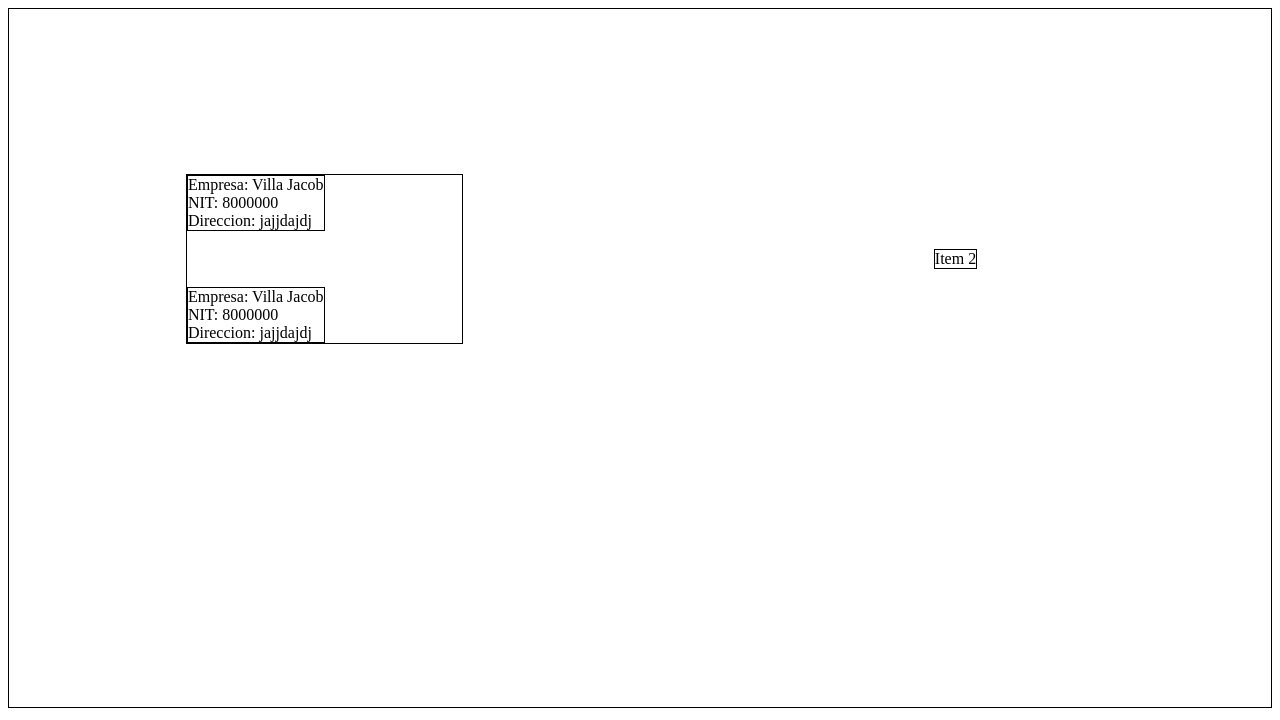
Repository: MrVanQish/FacturaEstructura
Page: index.html
An editor plug-in stored every save of this project. The page is shown before and after the next save, followed by the edit.
The browser window is 1280 px wide. The pictures show the whole page.

Above is the page before, as saved 2021-09-29 09:18:27.

After the next save:
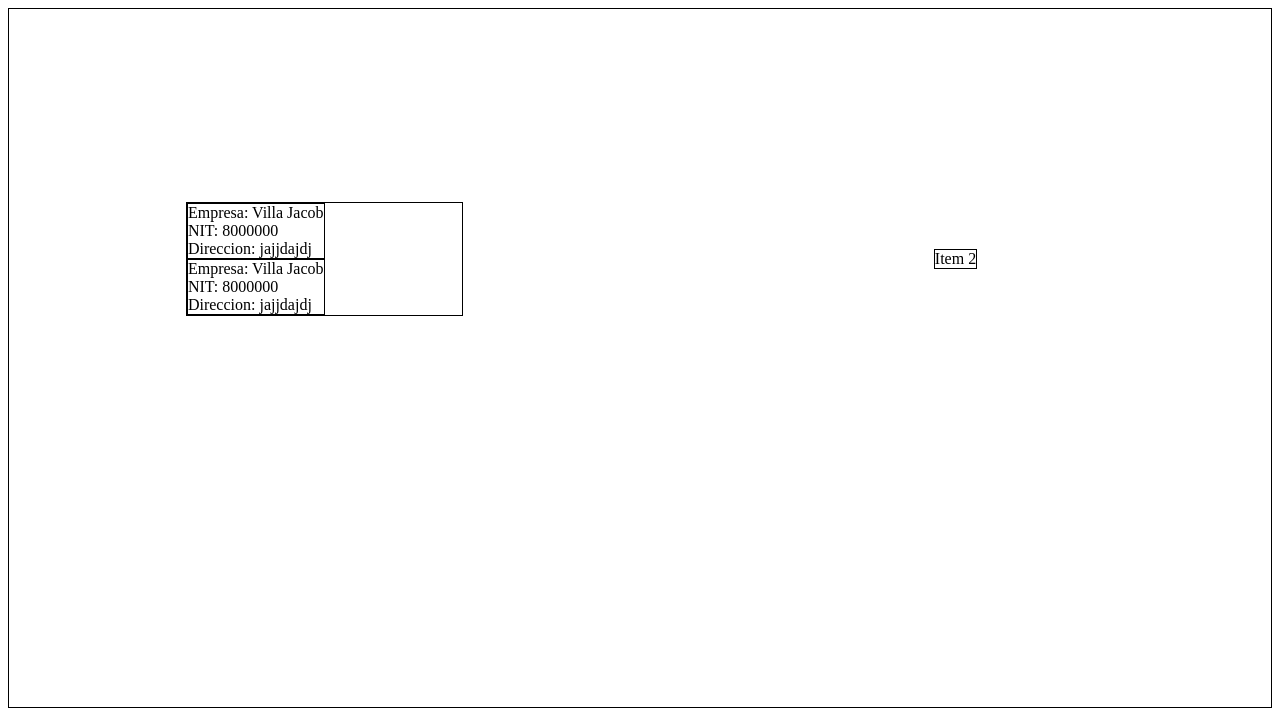
Saved 7 s later.
--- a/styles.css
+++ b/styles.css
@@ -18,7 +18,7 @@
     grid-template-columns: 1fr 1fr;
     grid-template-rows: 1fr 1fr;
     grid-template-areas:
-      "header-f"
+      "header-f" "header-f"
       "body-f" "table-f"
   }
 

After the 2 saves that followed:
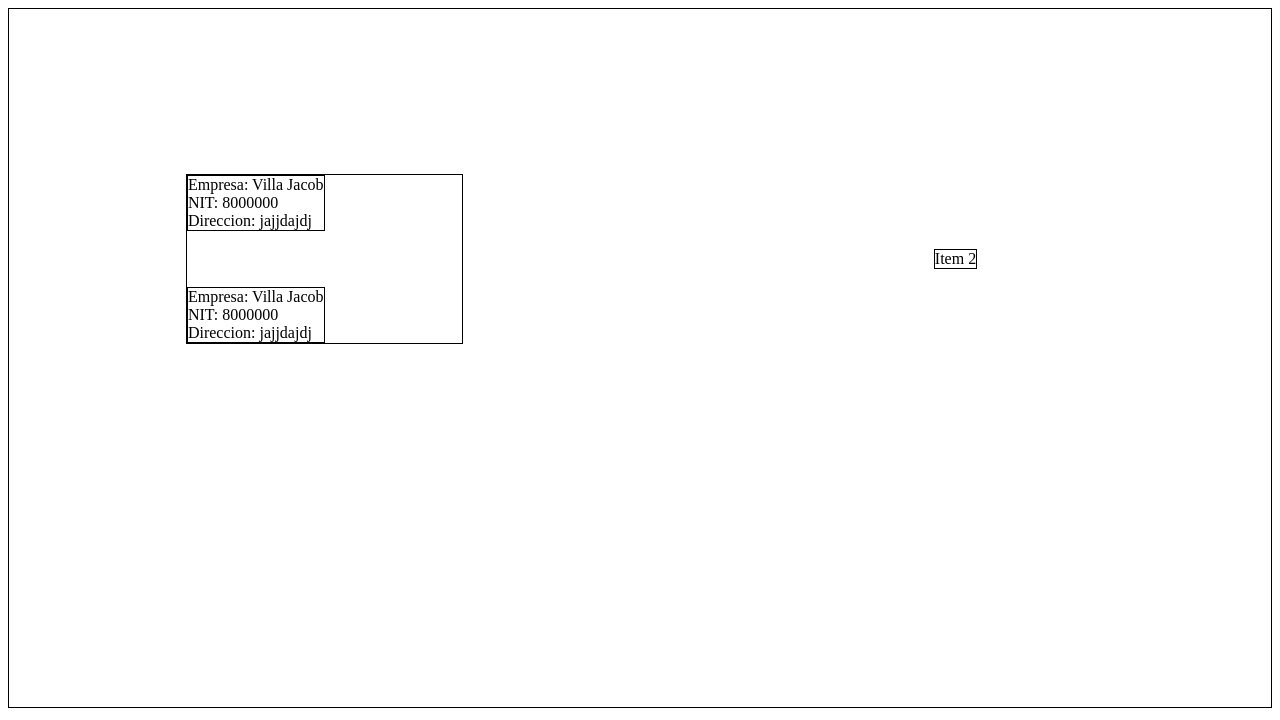
The 2 saves are shown as one change because 1 left the picture as it was.
The last was saved 13 s later.
--- a/styles.css
+++ b/styles.css
@@ -18,8 +18,8 @@
     grid-template-columns: 1fr 1fr;
     grid-template-rows: 1fr 1fr;
     grid-template-areas:
-      "header-f" "header-f"
-      "body-f" "table-f"
+      "header-f"
+      "body-f"   "table-f"
   }
 
   .factura2 {
